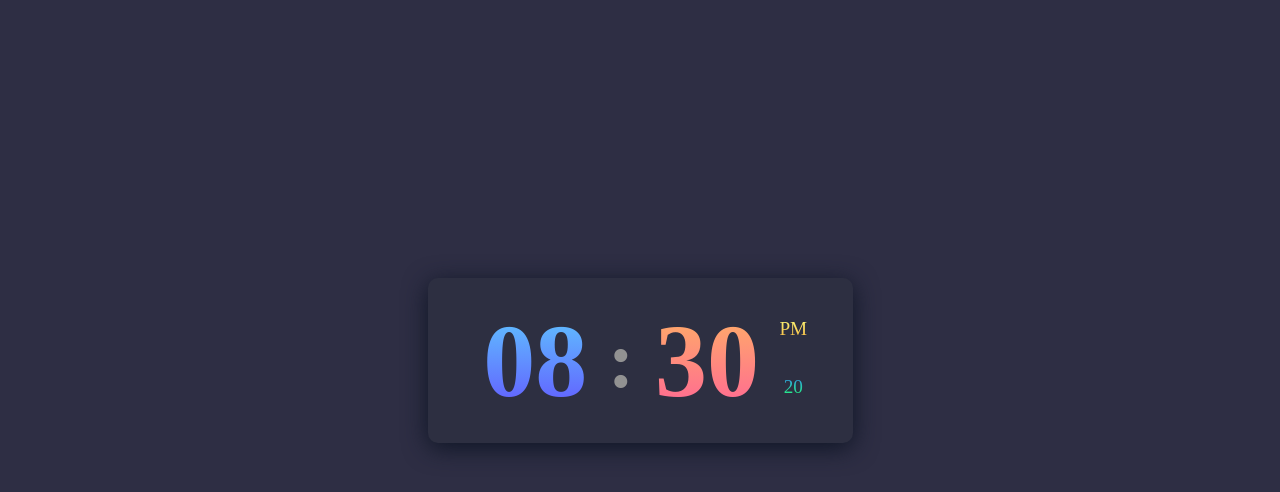
Repository: QUANGTHAI2003/digital-clock
Page: index.html
The author's editor kept a copy of each file at every save. The page is drawn from the files as they stood at one save, then again after the next save.
The browser window is 1280 px wide. The pictures show the whole page.

Above is the page before, as saved 2022-03-26 20:04:35.

After the next save:
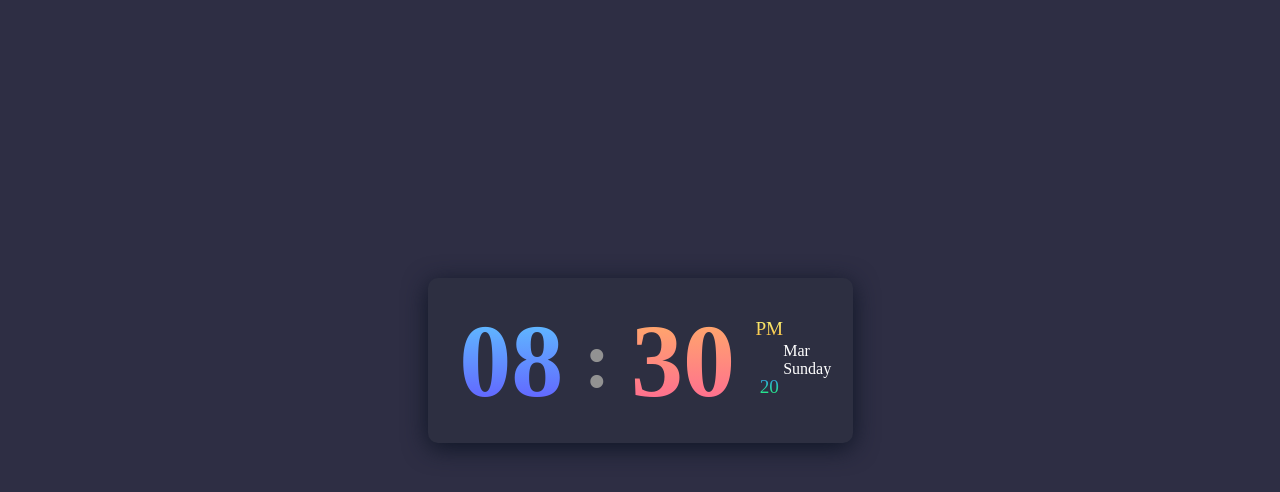
Saved 92 s later.
--- a/index.html
+++ b/index.html
@@ -19,6 +19,10 @@
                     <span class="seconds">20</span>
                 </div>
             </div>
+            <div class="calendar">
+                <span class="month-name">Mar</span>
+                <span class="day-name">Sunday</span>
+            </div>
         </div>
     </body>
 </html>
